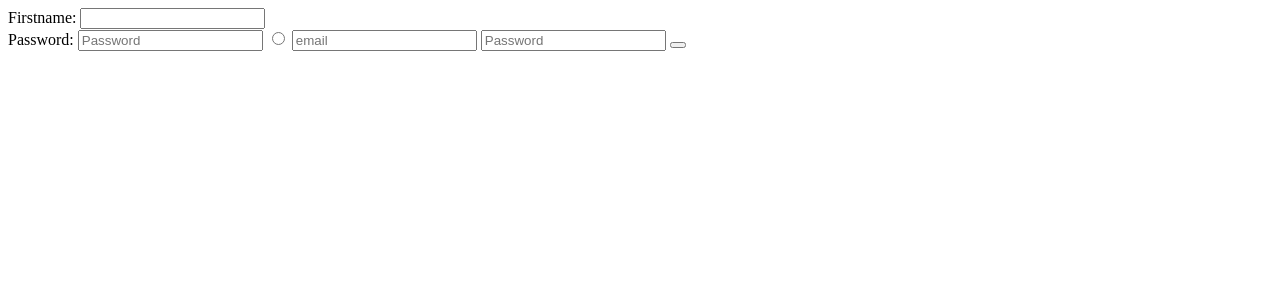
Repository: Tranghii/HTML-CSS
Page: HTML&CSS/form.html
These files come from the project's save history. The page is drawn as it stood at one moment and after the next save; the edit follows.
The browser window is 1280 px wide. The pictures show the whole page.

Above is the page before, as saved 2025-10-11 17:01:09.

After the next save:
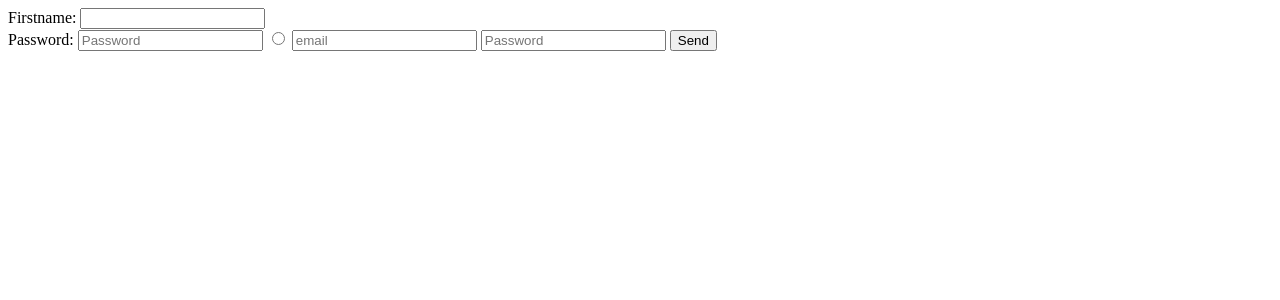
Saved 10 s later.
--- a/HTML&CSS/form.html
+++ b/HTML&CSS/form.html
@@ -16,7 +16,7 @@
 
         <input type="email" name="email" id="email" placeholder="email">
         <input type="Password" name="pass" id="pass" placeholder="Password">
-   <button type="submit" ></button>
+   <button type="submit" >Send</button>
 
 
     </form>
